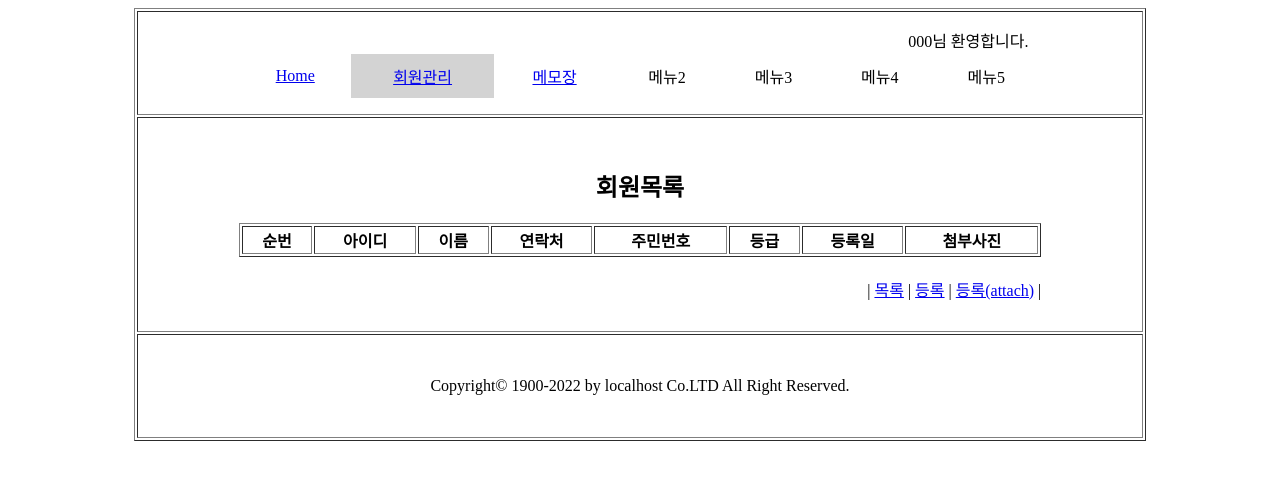
Repository: Mildous/HKIT-BackendClass
Page: http://localhost/jspPortfolioModel1/main/main.jsp?menuGubun=member_list
The author's editor kept a copy of each file at every save. The page is drawn from the files as they stood at one save, then again after the next save.
The browser window is 1280 px wide. The pictures show the whole page.
The page is served by Tomcat 9. Queries for data that is not in the repository find no rows.

Above is the page before, as saved 2022-08-19 04:40:39.

After the next save:
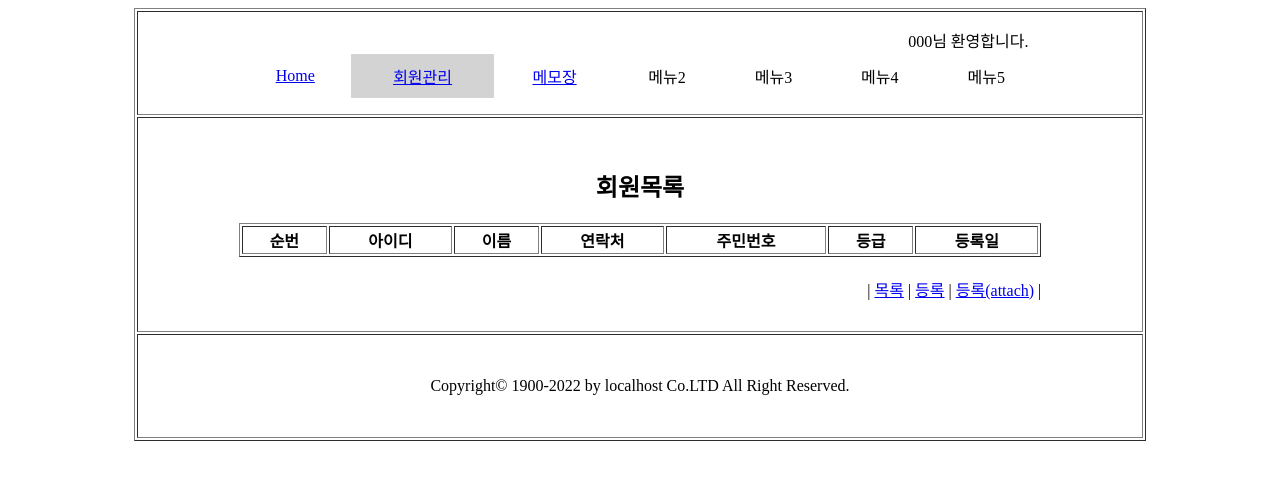
Saved 68 s later.
--- a/workspace/jsp/jspPortfolioModel1/WebContent/member/list.jsp
+++ b/workspace/jsp/jspPortfolioModel1/WebContent/member/list.jsp
@@ -20,48 +20,24 @@
 		<th>주민번호</th>
 		<th>등급</th>
 		<th>등록일</th>
-		<th>첨부사진</th>
 	</tr>
 	<%
 		for(int i=0; i<list.size(); i++) {
 			MemberDTO dto = list.get(i);
-			int totalCount = list.size();
 	%>
 		<tr>
-			<td><%= totalCount %></td>
+			<td><%= dto.getNo() %></td>
 			<td><a href="#" onClick="move('member_view', '<%= dto.getNo() %>');"><%= dto.getId() %></a></td>
 			<td><%= dto.getName() %></td>
 			<td><%= dto.getPhone() %></td>
 			<td><%= dto.getJumin().substring(0, 8) %>******</td>
 			<td><%= dto.getGrade() %></td>
 			<td><%= dto.getRegiDate() %></td>
-			<td>
-				<%
-					if(dto.getAttachInfo() == null || dto.getAttachInfo().equals("-")) {
-						out.println("&nbsp;");
-					} else {
-						String[] imsiArray = dto.getAttachInfo().split(",");
-						for(int j=0; j<imsiArray.length; j++) {
-							String[] imsiArray2 = imsiArray[j].split("[|]");
-
-							String imsiImgPath = "";
-							imsiImgPath += request.getContextPath();
-							imsiImgPath += "/attach";
-							imsiImgPath += request.getContextPath();
-							imsiImgPath += "/member/";
-							imsiImgPath += imsiArray2[1];
-
-							out.println("<img src='" + imsiImgPath + "' width='50' height='50'>");
-						}
-					}
-				totalCount--;
-				%>
-			</td>
 		</tr>
 	<%
+		}
+	%>
 
-	}
-	%>
 </table>
 
 <div style="padding-top: 20px; width: 80%; " align="right">
